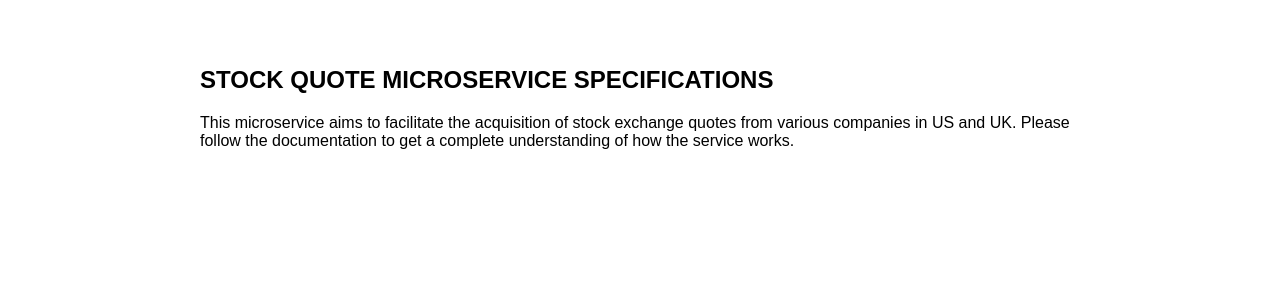
Repository: miguelamello/nest-js
Page: stock-service/specs.html
The author's editor kept a copy of each file at every save. The page is drawn from the files as they stood at one save, then again after a run of saves.
The browser window is 1280 px wide. The pictures show the whole page.

Above is the page before, as saved 2023-04-02 19:41:24.

### stock-service/specs.html
<!DOCTYPE html>
<html lang="en">
<head>
  <meta charset="UTF-8">
  <meta http-equiv="X-UA-Compatible" content="IE=edge">
  <meta name="viewport" content="width=device-width, initial-scale=1.0">
  <title>STOCK QUOTE MICROSERVICE</title>
  <style>
    body {
      font-family: Arial, Helvetica, sans-serif;
      padding: 3% 15%;
    }
    h3 {
      margin-top: 5%;
    }
    pre {
      margin: 0;
      overflow: auto;
    }
  </style>
</head>
<body>
  <h2>STOCK QUOTE MICROSERVICE SPECIFICATIONS</h2>
  <p>
    This microservice aims to facilitate the acquisition of stock exchange quotes from various
    companies in US and UK. Please follow the documentation to get a complete understanding
    of how the service works.
  </p>

</body>
</html>

After the next 3 saves:
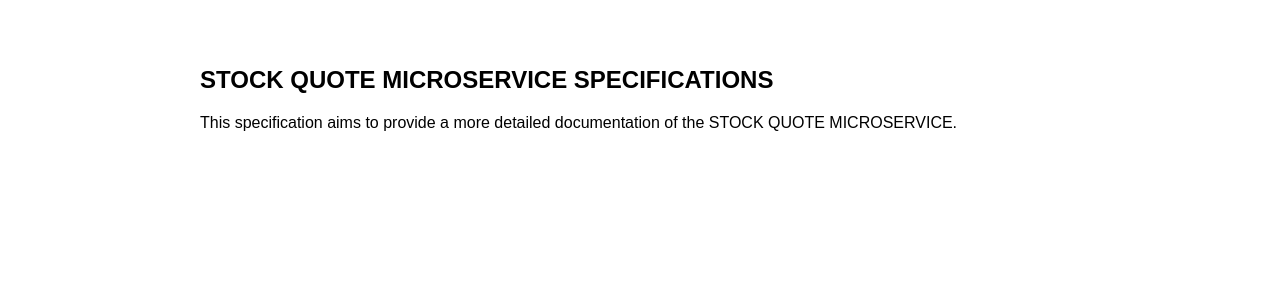
The 3 saves are shown as one change because they came seconds apart.
The last was saved 17 s later.
--- a/stock-service/specs.html
+++ b/stock-service/specs.html
@@ -22,9 +22,7 @@
 <body>
   <h2>STOCK QUOTE MICROSERVICE SPECIFICATIONS</h2>
   <p>
-    This microservice aims to facilitate the acquisition of stock exchange quotes from various
-    companies in US and UK. Please follow the documentation to get a complete understanding
-    of how the service works.
+    This specification aims to provide a more detailed documentation of the STOCK QUOTE MICROSERVICE.
   </p>
 
 </body>
